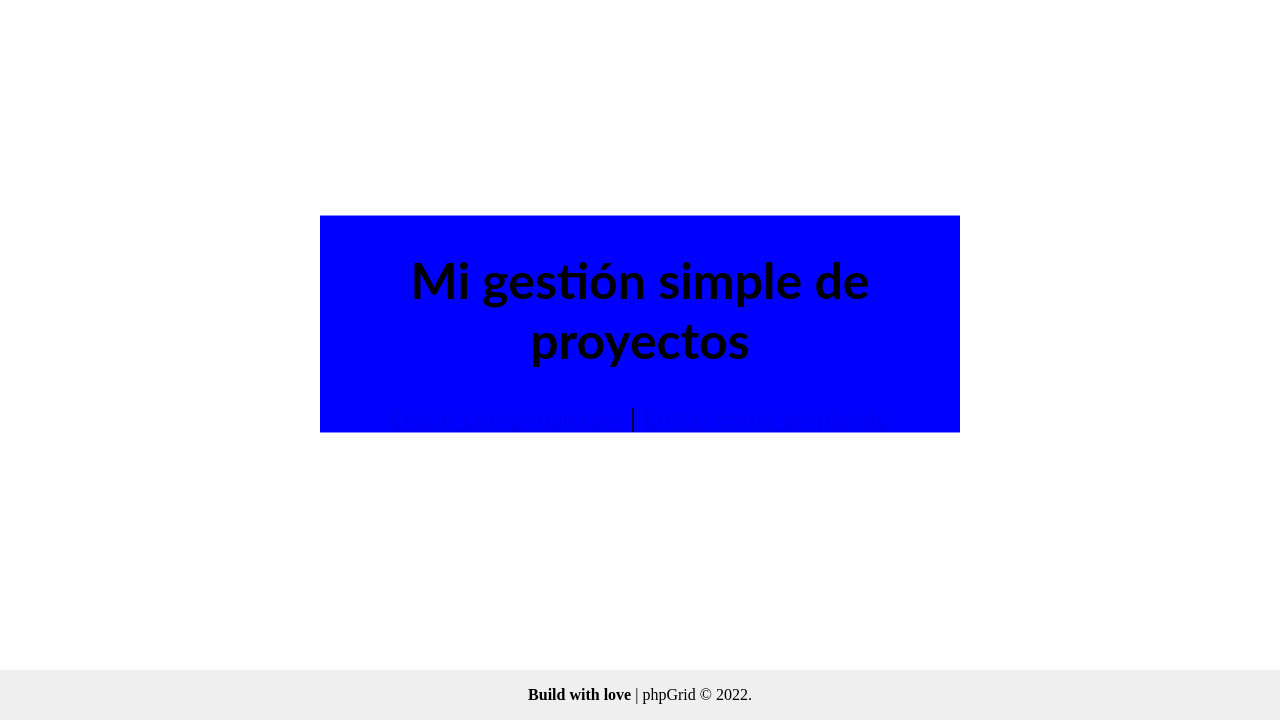
Repository: RaquelAlvarezz/free
Page: http://localhost/php/
These files come from the project's save history. The page is drawn as it stood at one moment and after the next save; the edit follows.
The browser window is 1280 px wide. The pictures show the whole page.
The page is run by PHP 8.4 with error messages shown; the project is at /var/www/html/.

Above is the page before, as saved 2022-01-20 08:26:29.

### index.php
<!DOCTYPE html>
<html>
<head>
	<title>Mi gestión simple de proyectos| phpGrid</title>
</head>
<body>

<style>
.centered {
    margin: 0;
    position: absolute;
    top: 45%;
    left: 50%;
    transform: translate(-50%, -50%);
    text-align:center;
    font-size: 25px;
    font-family: lato;
    background-color:blue;
}
.footer {
  position: fixed;
  right: 0;
  bottom: 0;
  left: 0;
  padding: 1rem;
  background-color: #efefef;
  text-align: center;
}

</style>

<div class="centered">
<h1>Mi gestión simple de proyectos</h1>

<a href="manager/clients.php" target="_new">Entrar como manager</a> | <a href="employee/tasks.php" target="_new">Entrar como empleado</a>
</div>

<div class="footer"><strong>Build with love</strong> | phpGrid &copy; <?php echo date('Y'); ?>.</div>

</body>
</html>

After the next save:
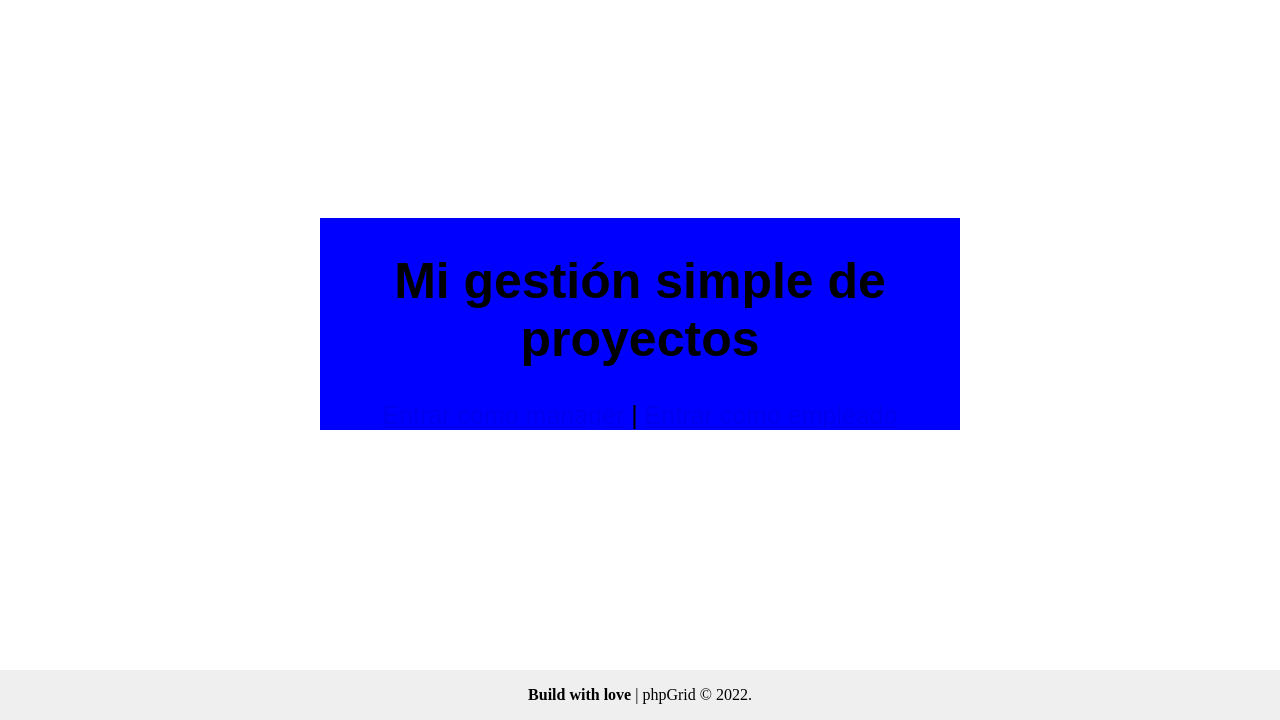
Saved 20 s later.
--- a/index.php
+++ b/index.php
@@ -14,7 +14,7 @@
     transform: translate(-50%, -50%);
     text-align:center;
     font-size: 25px;
-    font-family: lato;
+    font-family: Arial;
     background-color:blue;
 }
 .footer {
